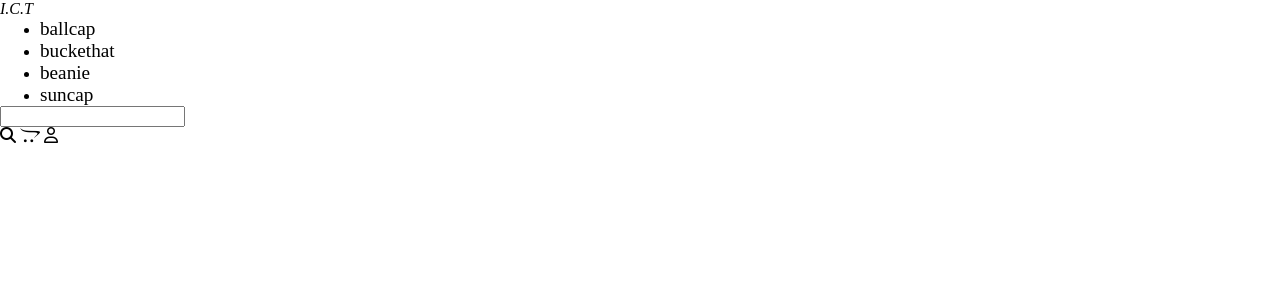
Repository: Developer120000/project1
Page: http://localhost/project1/productpage/header.jsp
The author's editor kept a copy of each file at every save. The page is drawn from the files as they stood at one save, then again after the next save.
The browser window is 1280 px wide. The pictures show the whole page.
Some web libraries are served in a nearby version. The page is served by Tomcat 9.

Above is the page before, as saved 2024-03-14 13:15:16.

After the next save:
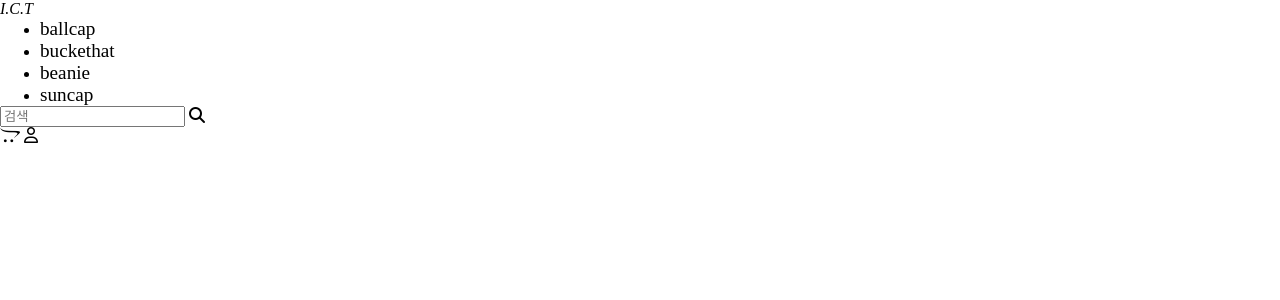
Saved 12 min 5 s later.
--- a/project1/src/main/webapp/productpage/header.jsp
+++ b/project1/src/main/webapp/productpage/header.jsp
@@ -21,9 +21,13 @@
 					<li><a href="">suncap</a></li>
 				</ul>
 			</div>
-				<input type="text" id="search" name="search">
+				<form class="header_form" onsubmit="return false">
+					<input type="text" id="search" type="text" placeholder="검색">
+<!-- 					<button class="header_input_button">검색</button> -->
+					<span><i class="fa-solid fa-magnifying-glass"></i></span>
+				</form>
+
 			<div id="span">
-				<span><i class="fa-solid fa-magnifying-glass"></i></span>
 				<span><i class="fa-brands fa-opencart"></i></span>
 	<!-- 			<i class="fa-solid fa-cart-shopping"></i> -->
 				<span><i class="fa-regular fa-user"></i></span>
